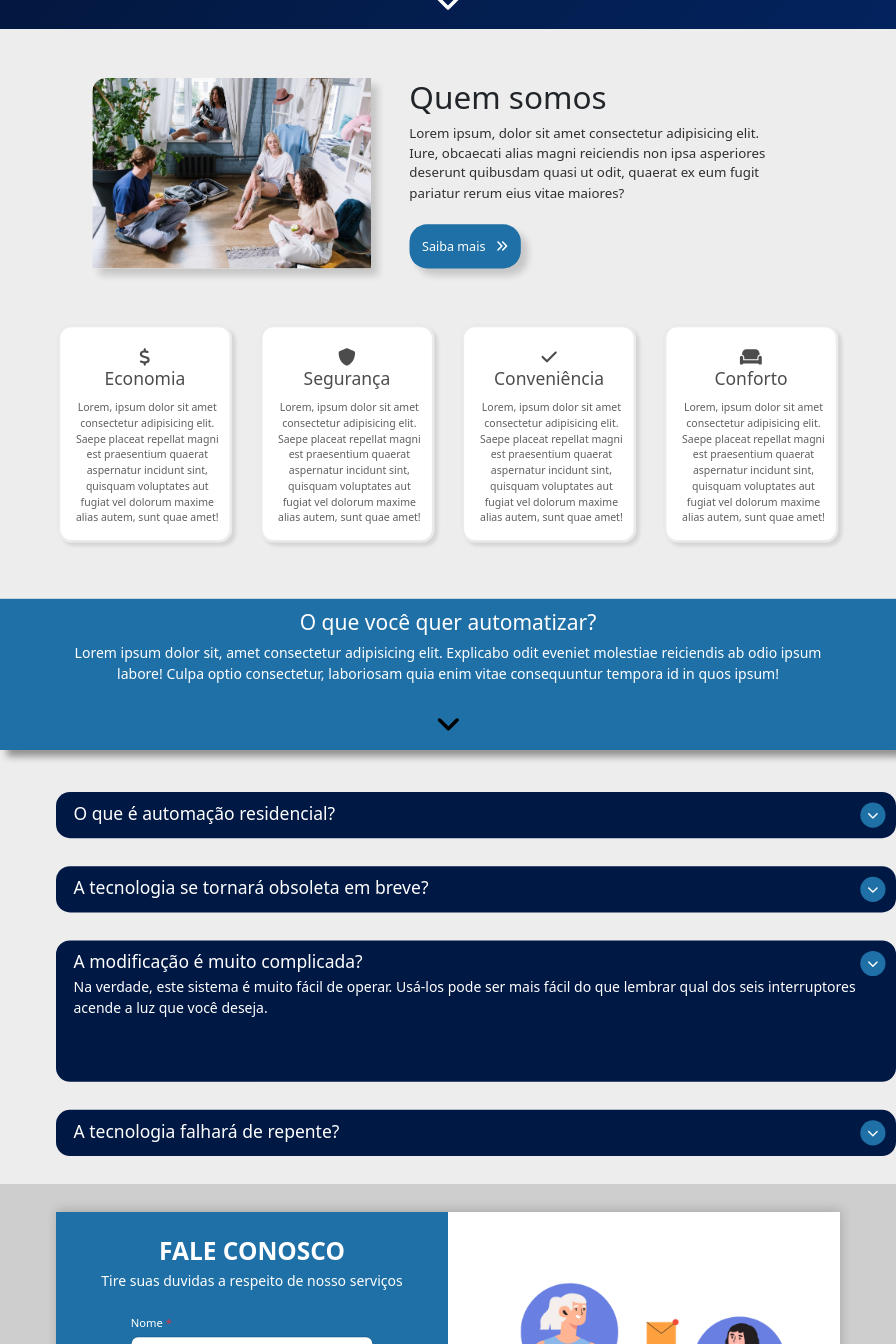
Repository: BulleST/SouHi_Institucional
Page: index.html
The author's editor kept a copy of each file at every save. The page is drawn from the files as they stood at one save, then again after the next save.
The browser window is 1280 px wide. The pictures show the part of the page from y = 678 to 2598 px (the page is 3466 px tall), at 70% of full size.
A picture or video elsewhere on the page could not be fetched, so the positions and the page height are approximate.

Above is the page before, as saved 2022-11-04 15:49:39.

After the next save:
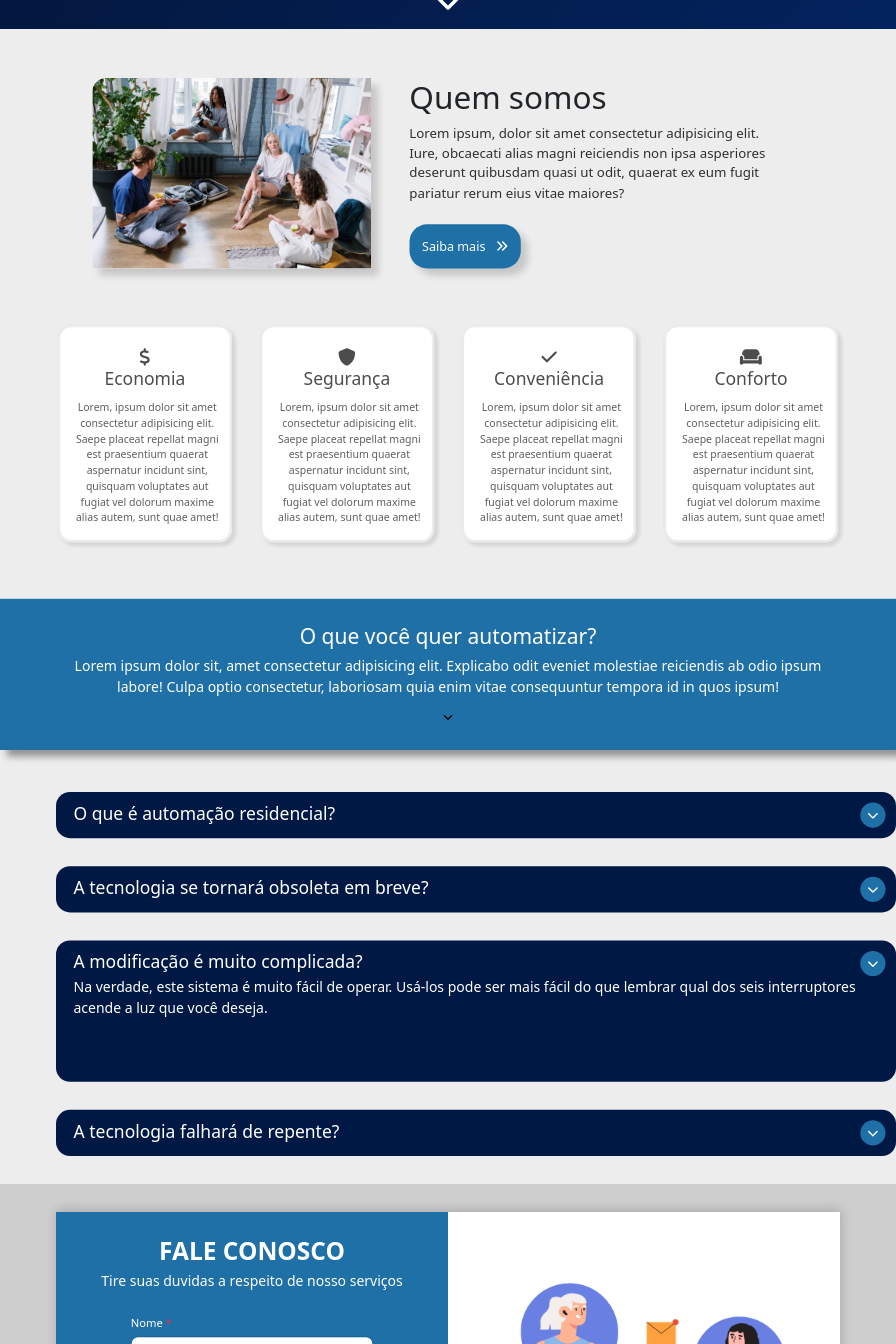
Saved 30 s later.
--- a/index.html
+++ b/index.html
@@ -198,7 +198,7 @@
             odio ipsum labore! Culpa optio consectetur, laboriosam quia enim vitae consequuntur tempora id in quos
             ipsum!</p>
 
-          <span class="pra"><i class="fa-solid fa-angle-down down" id="show-or-hide"></i></span>
+          <span class="pra"><i class="icone-produtos fa-solid fa-angle-down " id="show-or-hide"></i></span>
         </div>
 
       </div>
